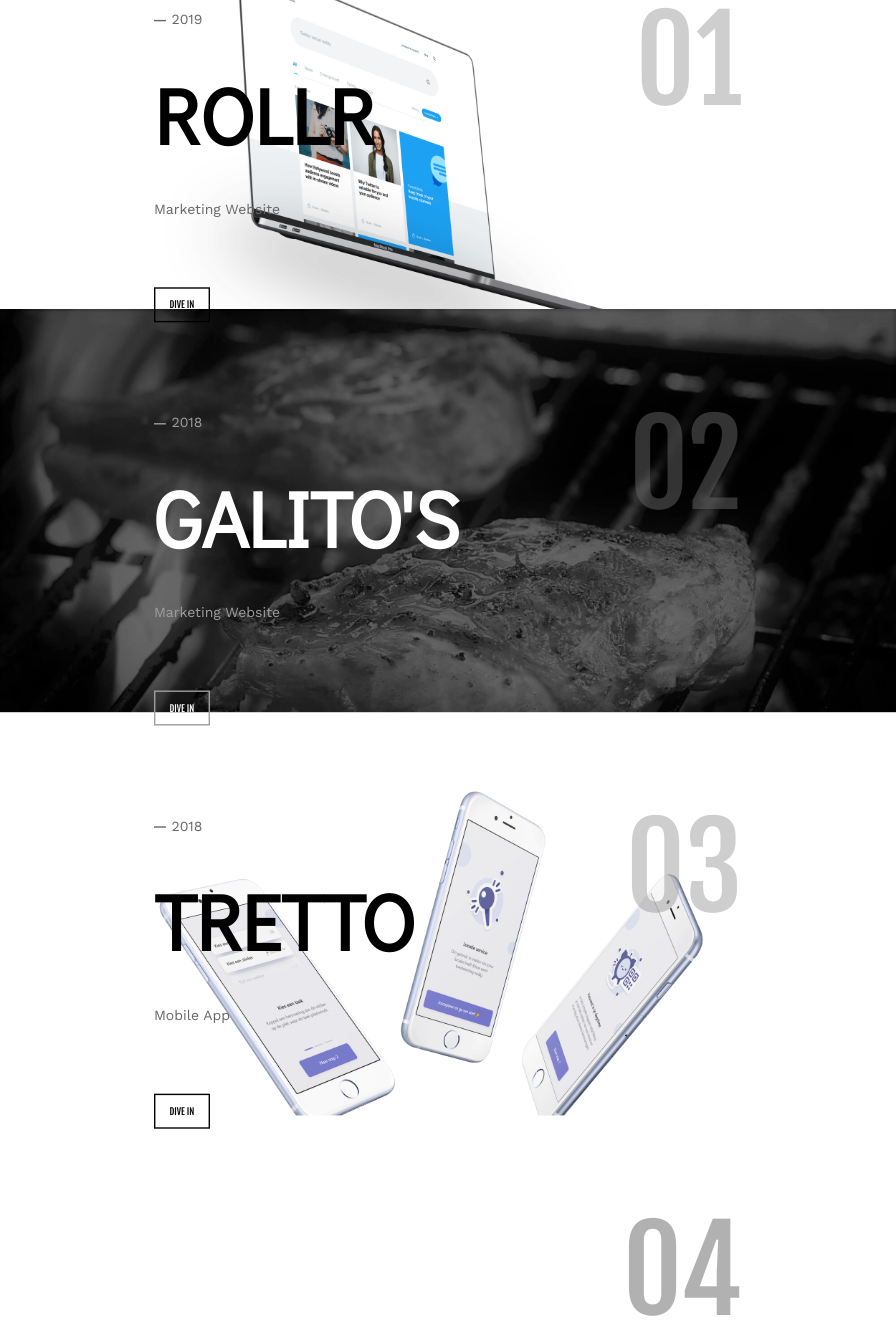
Repository: m0lt/DigitalDesigner
Page: index.html
The author's editor kept a copy of each file at every save. The page is drawn from the files as they stood at one save, then again after the next save.
The browser window is 1280 px wide. The pictures show the part of the page from y = 2118 to 4038 px (the page is 4038 px tall), at 70% of full size.
Backgrounds fixed to the window are drawn as part of the page.

Above is the page before, as saved 2025-07-08 11:31:17.

After the next save:
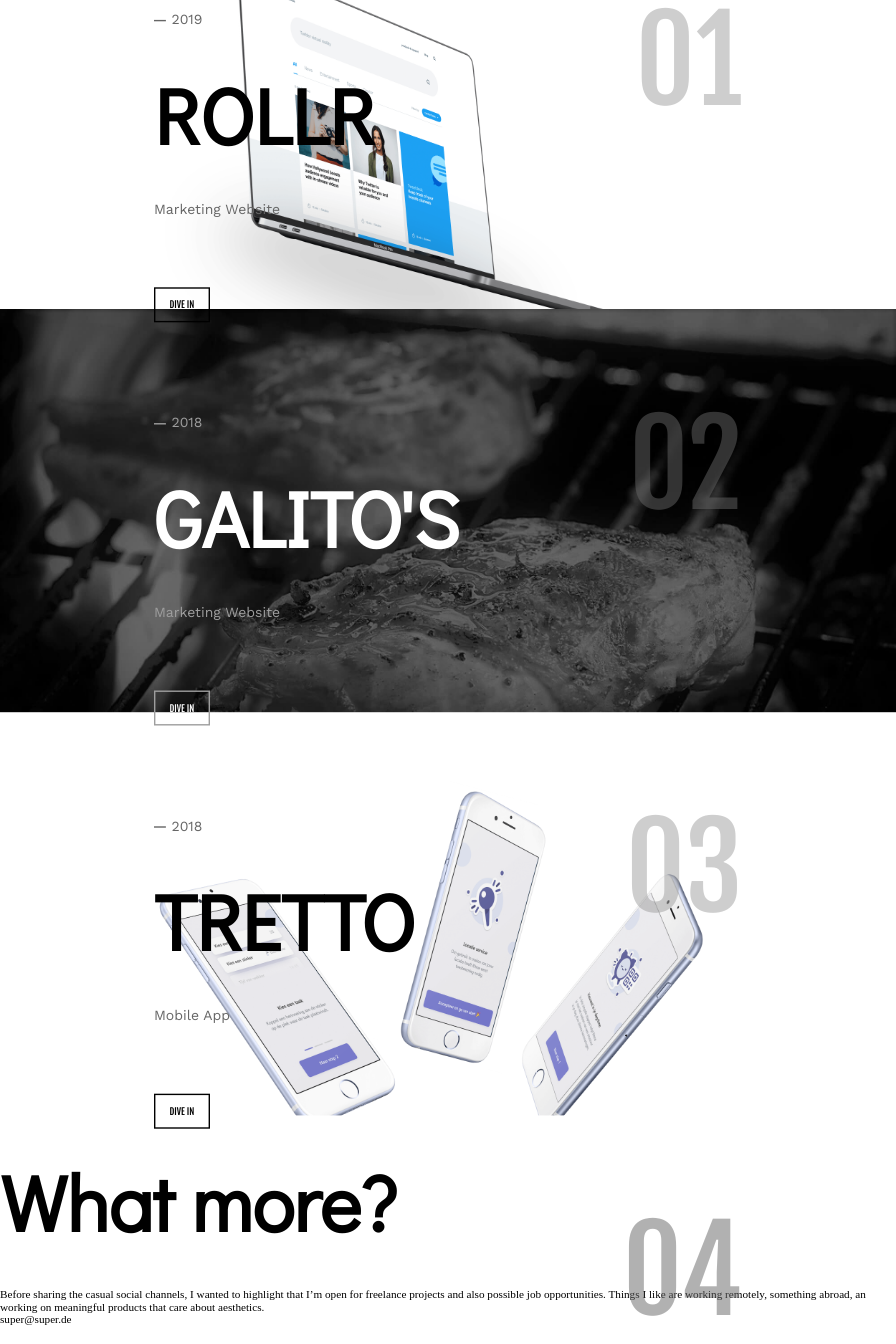
Saved 73 s later.
--- a/index.html
+++ b/index.html
@@ -44,7 +44,17 @@
         <button>DIVE IN</button>
         <p class="number">04</p>
       </section>
-      <section></section>
+      <section id="more">
+        <h2>What more?</h2>
+        <div>
+          <p>
+            Before sharing the casual social channels, I wanted to highlight that I’m open for freelance projects and
+            also possible job opportunities. Things I like are working remotely, something abroad, an working on
+            meaningful products that care about aesthetics.
+          </p>
+          <p>super@super.de</p>
+        </div>
+      </section>
     </main>
     <footer></footer>
   </body>
